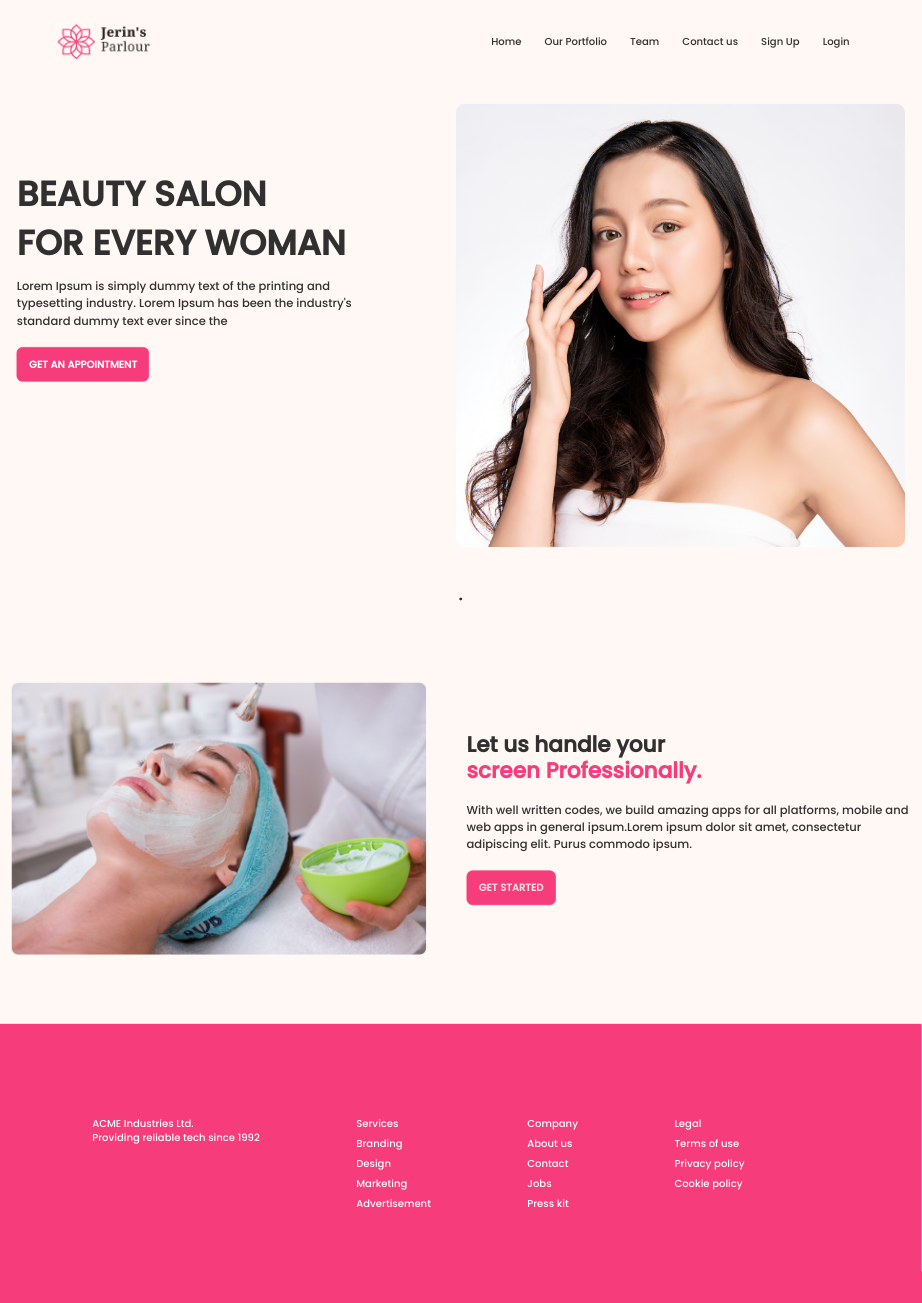
Repository: Wahid137/jerins-parlour-client
Page: /
These files come from the project's save history. The page is drawn as it stood at one moment and after the next save; the edit follows.
The browser window is 1280 px wide. The pictures show the whole page, at 72% of full size.
The page's requests for data from a server got no answer. The project was rebuilt for these pictures with package versions that can differ from the ones it lists, and the page was loaded fresh each time. No one was signed in, and anything a server would have sent is missing. Also part of the build but not shown: src/App.css, src/Pages/Home/Services/ServicesCard.js.

Above is the page before, as saved 2023-07-16 04:22:13.

### public/index.html
<!DOCTYPE html>
<html lang="en">
  <head>
    <meta charset="utf-8" />
    <link rel="icon" href="%PUBLIC_URL%/favicon.ico" />
    <meta name="viewport" content="width=device-width, initial-scale=1" />
    <meta name="theme-color" content="#000000" />
    <meta
      name="description"
      content="Web site created using create-react-app"
    />
    <link rel="preconnect" href="https://fonts.googleapis.com">
    <link rel="preconnect" href="https://fonts.gstatic.com" crossorigin>
    <link href="https://fonts.googleapis.com/css2?family=Poppins:wght@500&display=swap" rel="stylesheet">
    <link rel="apple-touch-icon" href="%PUBLIC_URL%/logo192.png" />
    <!--
      manifest.json provides metadata used when your web app is installed on a
      user's mobile device or desktop. See https://developers.google.com/web/fundamentals/web-app-manifest/
    -->
    <link rel="manifest" href="%PUBLIC_URL%/manifest.json" />
    <!--
      Notice the use of %PUBLIC_URL% in the tags above.
      It will be replaced with the URL of the `public` folder during the build.
      Only files inside the `public` folder can be referenced from the HTML.

      Unlike "/favicon.ico" or "favicon.ico", "%PUBLIC_URL%/favicon.ico" will
      work correctly both with client-side routing and a non-root public URL.
      Learn how to configure a non-root public URL by running `npm run build`.
    -->
    <title>React App</title>
  </head>
  <body>
    <noscript>You need to enable JavaScript to run this app.</noscript>
    <div id="root"></div>
    <!--
      This HTML file is a template.
      If you open it directly in the browser, you will see an empty page.

      You can add webfonts, meta tags, or analytics to this file.
      The build step will place the bundled scripts into the <body> tag.

      To begin the development, run `npm start` or `yarn start`.
      To create a production bundle, use `npm run build` or `yarn build`.
    -->
  </body>
</html>

### src/index.js
import React from 'react';
import ReactDOM from 'react-dom/client';
import './index.css';
import App from './App';
import reportWebVitals from './reportWebVitals';
import { QueryClient, QueryClientProvider } from '@tanstack/react-query'


// Create a client
const queryClient = new QueryClient()

const root = ReactDOM.createRoot(document.getElementById('root'));
root.render(
  <React.StrictMode>
    <QueryClientProvider client={queryClient}>
      <App />
    </QueryClientProvider>
  </React.StrictMode>
);

// If you want to start measuring performance in your app, pass a function
// to log results (for example: reportWebVitals(console.log))
// or send to an analytics endpoint. Learn more: https://bit.ly/CRA-vitals
reportWebVitals();

### src/index.css
@tailwind base;
@tailwind components;
@tailwind utilities;

body {
  background-color: #FFF8F5;
  margin: 0;
  font-family: -apple-system, BlinkMacSystemFont, 'Segoe UI', 'Roboto', 'Oxygen',
    'Ubuntu', 'Cantarell', 'Fira Sans', 'Droid Sans', 'Helvetica Neue',
    sans-serif;
    font-family: 'Poppins', sans-serif;
  -webkit-font-smoothing: antialiased;
  -moz-osx-font-smoothing: grayscale;
}

code {
  font-family: source-code-pro, Menlo, Monaco, Consolas, 'Courier New',
    monospace;
}

### src/App.js
import logo from './logo.svg';
import './App.css';
import { RouterProvider } from 'react-router-dom';
import router from './Routes/Routes/Routes';
import { Toaster } from 'react-hot-toast';

function App() {
  return (
    <div className=" mx-auto">
      <RouterProvider router={router}></RouterProvider>
      <Toaster></Toaster>
    </div>
  );
}

export default App;

### src/Routes/Routes/Routes.js
const { createBrowserRouter } = require("react-router-dom");
const { default: Main } = require("../../Layout/Main");
const { default: Home } = require("../../Pages/Home/Home/Home");

const router = createBrowserRouter([
    {
        path: '/',
        element: <Main></Main>,
        children: [
            {
                path: '/',
                element: <Home></Home>
            }
        ]
    }
])
export default router;

### src/Layout/Main.js
import React from 'react';
import Navbar from '../Shared/Navbar/Navbar';
import { Outlet } from 'react-router-dom';
import Footer from '../Shared/Footer/Footer';

const Main = () => {
    return (
        <div>
            <Navbar></Navbar>
            <Outlet></Outlet>
            <Footer></Footer>
        </div>
    );
};

export default Main;

### src/Pages/Home/Home/Home.js
import React from 'react';
import Banner from '../Banner/Banner';
import Services from '../Services/Services';
import Screen from '../Screen/Screen';

const Home = () => {
    return (
        <div>
            <Banner></Banner>
            <Services></Services>
            <Screen></Screen>
        </div>
    );
};

export default Home;

### src/Shared/Navbar/Navbar.js
import React from 'react';
import logo from '../../assets/logo.png';
import { Link } from 'react-router-dom';

const Navbar = () => {
    const menuItem = <>
        <li><Link to="/">Home</Link></li>
        <li><Link to="/portfolio">Our Portfolio</Link></li>
        <li><Link to="/team">Team</Link></li>
        <li><Link to="/dashboard">Contact us</Link></li>
        <li><Link to="/signup">Sign Up</Link></li>
        <li><Link to="/login">Login</Link></li>

    </>
    return (
        <div className="navbar flex justify-between px-20 pt-8">
            <div className="navbar-start">
                <div className="dropdown">
                    <label tabIndex={0} className="btn btn-ghost lg:hidden">
                        <svg xmlns="http://www.w3.org/2000/svg" className="h-5 w-5" fill="none" viewBox="0 0 24 24" stroke="currentColor"><path strokeLinecap="round" strokeLinejoin="round" strokeWidth="2" d="M4 6h16M4 12h8m-8 6h16" /></svg>
                    </label>
                    <ul tabIndex={1} className="menu menu-sm dropdown-content mt-3 z-[1] p-2 shadow bg-base-100 rounded-box w-52">
                        {menuItem}
                    </ul>
                </div>
                <Link to="/" className="w-32">
                    <img src={logo} alt="" />
                </Link>
            </div>
            <div className="navbar-center hidden lg:flex">
                <ul className="menu menu-horizontal px-1">
                    {menuItem}
                </ul>
            </div>
            <label htmlFor="dashboard-drawer" tabIndex={2} className="btn btn-ghost lg:hidden">
                <svg xmlns="http://www.w3.org/2000/svg" className="h-5 w-5" fill="none" viewBox="0 0 24 24" stroke="currentColor"><path strokeLinecap="round" strokeLinejoin="round" strokeWidth="2" d="M4 6h16M4 12h8m-8 6h16" /></svg>
            </label>

        </div>
    );
};

export default Navbar;

### src/Shared/Footer/Footer.js
import React from 'react';


const Footer = () => {
    return (
        <footer className="footer p-32 bg-primary text-white w-full max-w-full">
            <div>
                <p>ACME Industries Ltd.<br />Providing reliable tech since 1992</p>
            </div>
            <div>
                <span className=" text-white">Services</span>
                <a href="/" className="link link-hover">Branding</a>
                <a href="/" className="link link-hover">Design</a>
                <a href="/" className="link link-hover">Marketing</a>
                <a href="/" className="link link-hover">Advertisement</a>
            </div>
            <div>
                <span className="">Company</span>
                <a href="/" className="link link-hover">About us</a>
                <a href="/" className="link link-hover">Contact</a>
                <a href="/" className="link link-hover">Jobs</a>
                <a href="/" className="link link-hover">Press kit</a>
            </div>
            <div>
                <span className="">Legal</span>
                <a href="/" className="link link-hover">Terms of use</a>
                <a href="/" className="link link-hover">Privacy policy</a>
                <a href="/" className="link link-hover">Cookie policy</a>
            </div>
        </footer>
    );
};

export default Footer;

### src/Pages/Home/Banner/Banner.js
import React from 'react';
import woman from '../../../assets/images/woman.png';
import PrimaryButton from '../../../Components/PrimaryButton/PrimaryButton';

const Banner = () => {
    return (
        <div className="hero" >
            <div className="hero-content flex-col lg:flex-row-reverse min-h-screen">

                <img src={woman} className="rounded-lg lg:w-1/2" alt="" />

                <div className='lg:me-32 lg:-mt-32'>
                    <h1 className="text-5xl font-bold mt-0 mb-5">BEAUTY SALON</h1>
                    <h1 className="text-5xl font-bold">FOR EVERY WOMAN</h1>
                    <p className="py-6">Lorem Ipsum is simply dummy text of the printing and <br /> typesetting industry. Lorem Ipsum has been the industry's <br /> standard dummy text ever since the</p>
                    <PrimaryButton>Get an Appointment</PrimaryButton>
                </div>
            </div>
        </div>
    );
};

export default Banner;

### src/Pages/Home/Services/Services.js
import { useQuery } from '@tanstack/react-query';
import React from 'react';
import Loading from '../../../Shared/Loading/Loading';


import ServicesCard from './ServicesCard';
import PrimaryButton from '../../../Components/PrimaryButton/PrimaryButton';



const Services = () => {
    const { data: services = [], isLoading } = useQuery({
        queryKey: ['services'],
        queryFn: () => fetch('http://localhost:5000/services')
            .then(res => res.json())
    })


    if (isLoading) {
        return <Loading></Loading>;
    }

    return (
        <div className='p-0 my-5'>
            <div className='mx-auto mb-4 py-10 text-center w-1/2'>
                <p className='text-2xl font-bold'>Our Awesome <span className='text-primary'>Services</span></p>
            </div>
            <div className='grid gap-1 grid-cols-1 md:grid-cols-2 lg:grid-cols-3'>
                {
                    services.map(service => <ServicesCard
                        key={service._id}
                        service={service}
                    ></ServicesCard>)
                }
            </div>
            <div className='text-center mt-10'>
                <PrimaryButton >Explore More</PrimaryButton>
            </div>

        </div >
    );
};

export default Services;

### src/Pages/Home/Screen/Screen.js
import React from 'react';
import face from '../../../assets/images/face.png'

const Screen = () => {
    return (
        <div className="hero py-20 bg-secondary">
            <div className="hero-content flex-col lg:flex-row">
                <img src={face} className="max-w-xl rounded-lg" alt="" />
                <div className='lg:w-1/2 ms-10'>
                    <h1 className="text-3xl font-semibold">Let us handle your <br /><span className='text-primary'>screen Professionally.</span></h1>
                    <p className="py-6">With well written codes, we build amazing apps for all platforms, mobile and web apps in general ipsum.Lorem ipsum dolor sit amet, consectetur adipiscing elit. Purus commodo ipsum.</p>
                    <button className="btn btn-primary">Get Started</button>

                </div>
        </div>
        </div >
    );
};

export default Screen;

### src/Components/PrimaryButton/PrimaryButton.js
import React from 'react';

const PrimaryButton = ({ children }) => {
    return (
        <button className="btn btn-primary text-white">{children}</button>
    );
};

export default PrimaryButton;

### src/Shared/Loading/Loading.js
import React from 'react';

const Loading = () => {
    return (
        <div className="flex items-center justify-center">
            <span className="loading loading-ring loading-lg"></span>
        </div>
    );
};

export default Loading;

### tailwind.config.js
/** @type {import('tailwindcss').Config} */
module.exports = {
  content: [
    "./src/**/*.{js,jsx,ts,tsx}",
  ],
  daisyui: {
    themes: [
      {
        parlourTheme: {
          primary: '#F63E7B',
          secondary: '#FFF8F5',
          accent: '##F4F7FC',
          neutral: '#3D4451',
          "base-100": '#FFFFFF',
        }
      }
    ]
  },
  theme: {
    extend: {},
  },
  plugins: [require("daisyui")],
}

Loaded but not shown: src/reportWebVitals.js (common file)

After the next save:
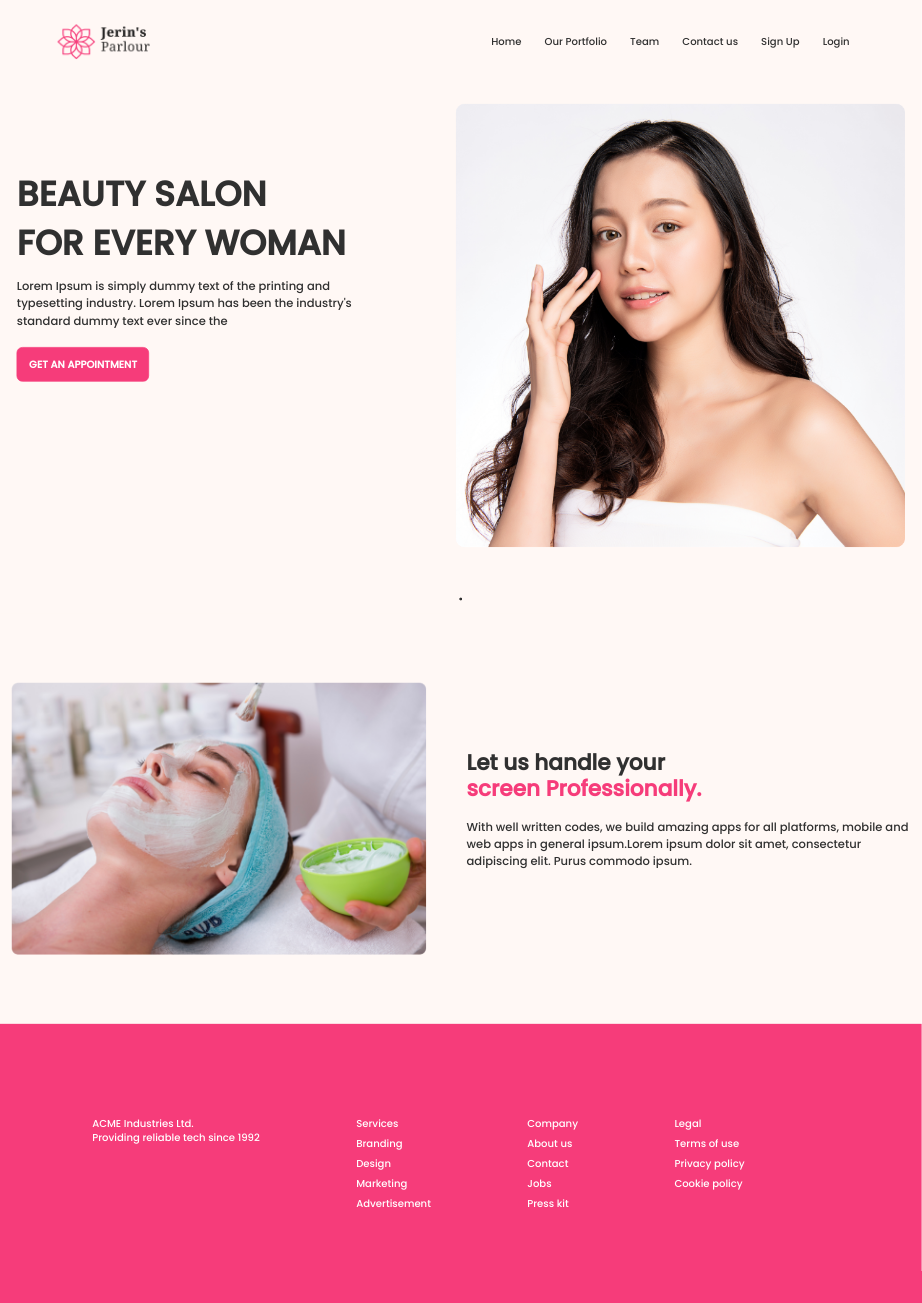
Saved 16 s later.
--- a/src/Pages/Home/Screen/Screen.js
+++ b/src/Pages/Home/Screen/Screen.js
@@ -9,9 +9,8 @@ const Screen = () => {
                 <div className='lg:w-1/2 ms-10'>
                     <h1 className="text-3xl font-semibold">Let us handle your <br /><span className='text-primary'>screen Professionally.</span></h1>
                     <p className="py-6">With well written codes, we build amazing apps for all platforms, mobile and web apps in general ipsum.Lorem ipsum dolor sit amet, consectetur adipiscing elit. Purus commodo ipsum.</p>
-                    <button className="btn btn-primary">Get Started</button>
 
-                </div>
+               </div>
         </div>
         </div >
     );
